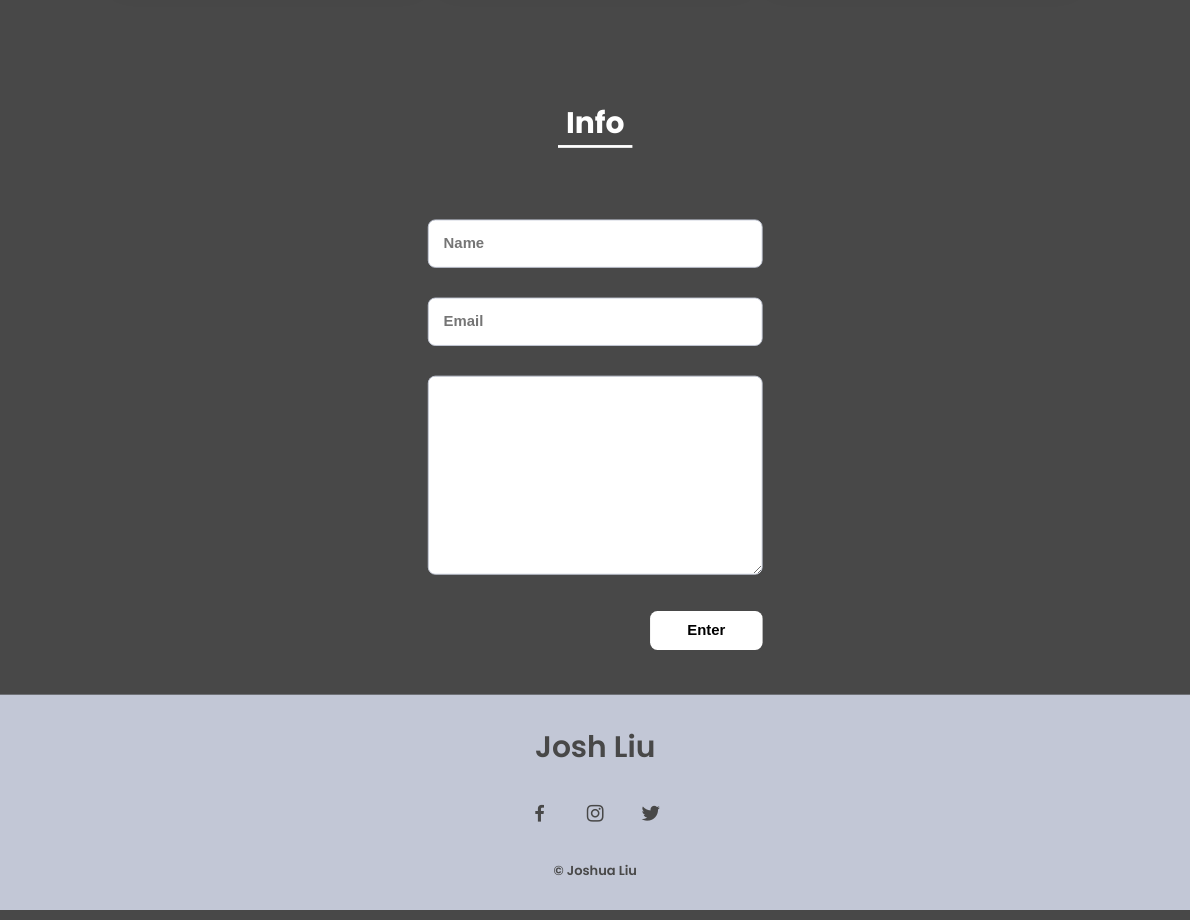
Repository: joshliu14/joshliu14.github.io
Page: index.html
These files come from the project's save history. The page is drawn as it stood at one moment and after the next save; the edit follows.
The browser window is 1280 px wide. The pictures show the part of the page from y = 2529 to 3609 px (the page is 3518 px tall before and 3609 px after), at 93% of full size.
A picture or video elsewhere on the page could not be fetched, so the positions and the page height are approximate.

Above is the page before, as saved 2024-01-31 23:22:34.

After the next save:
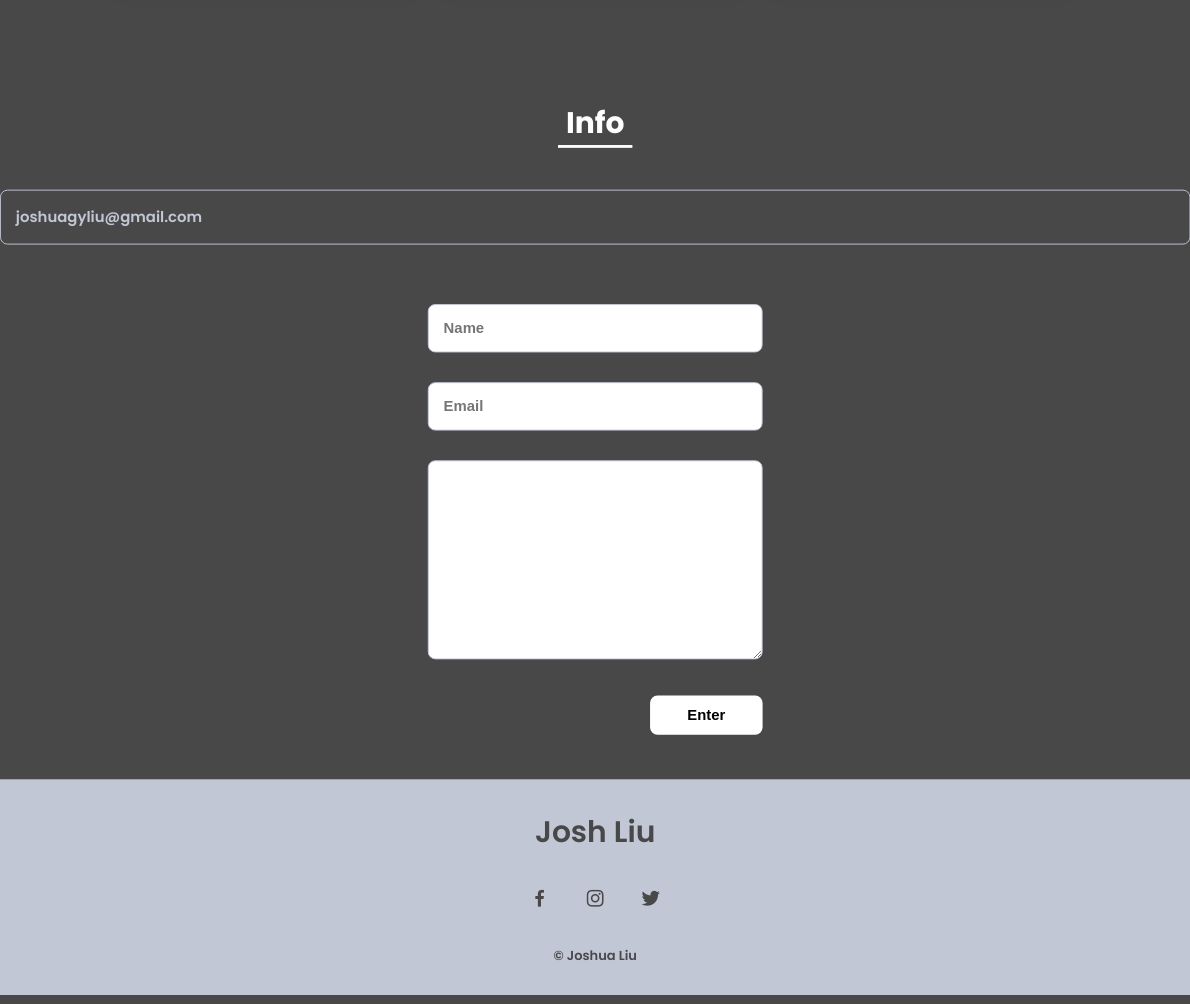
Saved 2 min 9 s later.
--- a/index.html
+++ b/index.html
@@ -216,6 +216,7 @@
       <!--===== CONTACT =====-->
       <section class="contact section" id="contact">
         <h2 class="section-title">Info</h2>
+        <h1 class="contact__input">joshuagyliu@gmail.com</h1>
         <div class="contact__container bd-grid">
           <form action="" class="contact__form">
             <input type="text" placeholder="Name" class="contact__input" />
